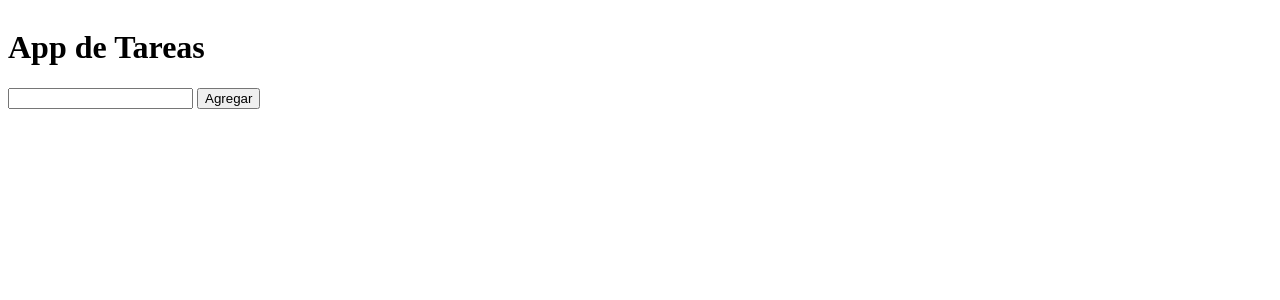
Repository: Kevin8548/Ejercicios-DOM
Page: todoapp/index.html
These files come from the project's save history. The page is drawn as it stood at one moment and after the next save; the edit follows.
The browser window is 1280 px wide. The pictures show the whole page.

Above is the page before, as saved 2024-10-09 13:54:45.

After the next save:
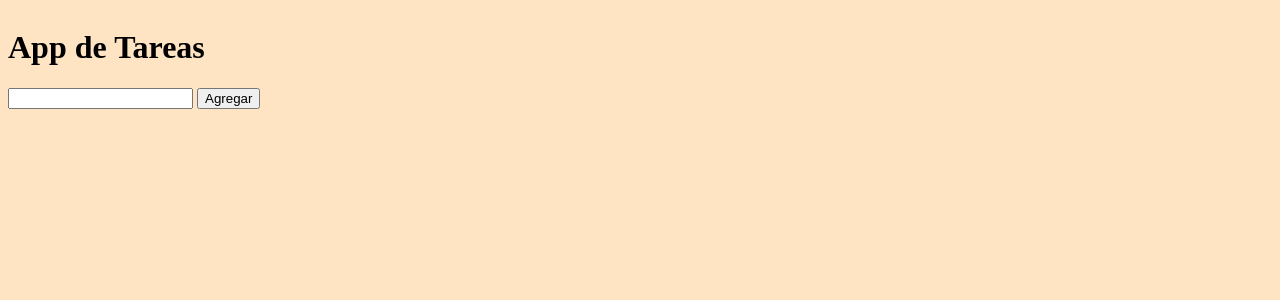
Saved 26 s later.
--- a/todoapp/style.css
+++ b/todoapp/style.css
@@ -26,3 +26,7 @@
     float: left;
     align-items: center;
 }
+
+body{
+    background-color: bisque;
+}
